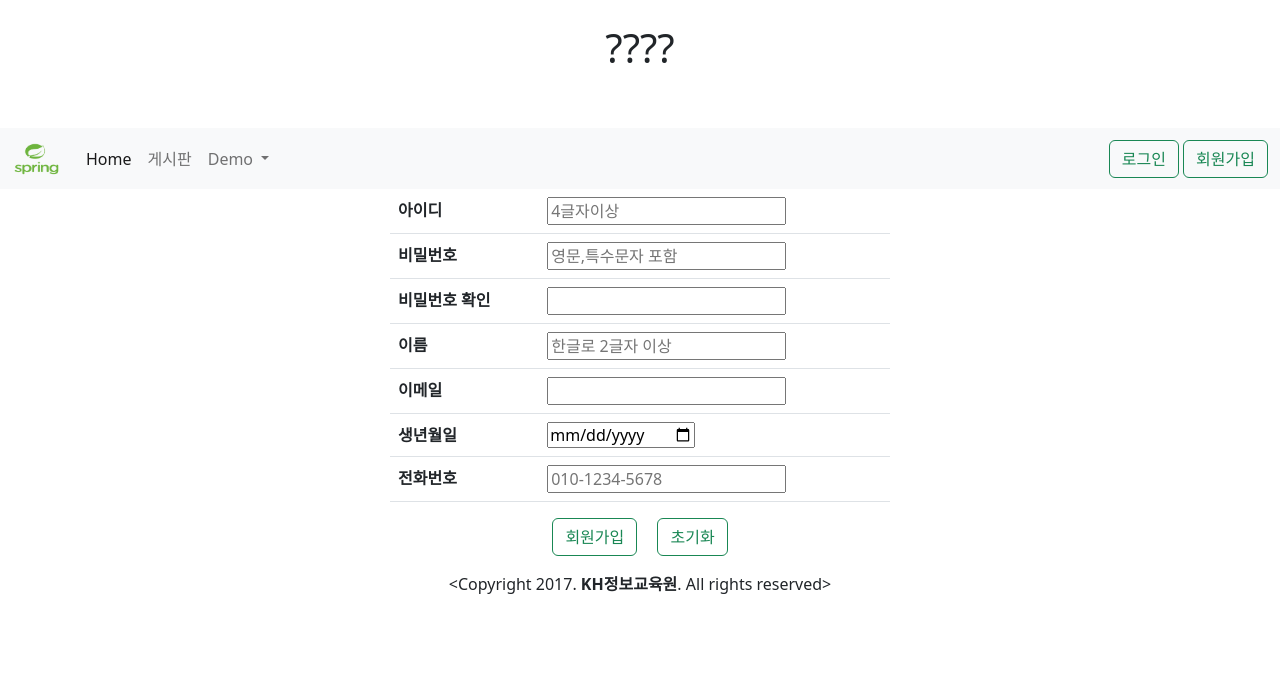
Repository: yerimeee/06_springWork
Page: http://localhost/springProject/WEB-INF/views/member/memberDetail.jsp
The author's editor kept a copy of each file at every save. The page is drawn from the files as they stood at one save, then again after the next save.
The browser window is 1280 px wide. The pictures show the whole page.
The page is served by Tomcat 9. Nobody is signed in. Other server files are loaded and not shown. The template is opened directly, without the code that normally fills it, so the values that code supplies are empty.

Above is the page before, as saved 2023-06-15 06:18:13.

### springProject/src/main/webapp/WEB-INF/views/member/memberDetail.jsp
<%@ page language="java" contentType="text/html; charset=UTF-8"
    pageEncoding="UTF-8"%>

<style>
	#container{width:500px; margin:auto;}
</style>
<jsp:include page="/WEB-INF/views/common/header.jsp">
	<jsp:param value="회원정보" name="title"/>
</jsp:include>
	<div id="container">
		<form action="${pageContext.request.contextPath}/member/memberEnroll.me" method="post" name="enrollfrm">
			<table class="table">
				<tr>
					<th scope="col">아이디</th>
					<td scope="col">
						<input name="userId" placeholder="4글자이상" required>
					</td>
				</tr>
				<tr>
					<th scope="col">비밀번호</th>
					<td scope="col">
						<input type="password" name="userPwd" placeholder="영문,특수문자 포함" required>
					</td>
				</tr>
				<tr>
					<th scope="col">비밀번호 확인</th>
					<td scope="col">
						<input type="password" name="pwdCheck" required>
					</td>
				</tr>
					<tr>
					<th scope="col">이름</th>
					<td scope="col">
						<input name="userName" placeholder="한글로 2글자 이상" required>
					</td>
				</tr>
					<tr>
					<th scope="col">이메일</th>
					<td scope="col">
						<input type="email" name="email">
					</td>
				</tr>
					<tr>
					<th scope="col">생년월일</th>
					<td scope="col">
						<input type="date" name="birthday" required>
					</td>
				</tr>
					<tr>
					<th scope="col">전화번호</th>
					<td scope="col">
						<input name="phone" placeholder="010-1234-5678">
					</td>
				</tr>
			</table>
			<button class="btn btn-outline-success" type="submit" >회원가입</button>&emsp;
			<button class="btn btn-outline-success" type="reset">초기화</button>
		</form>
	</div>
<jsp:include page="/WEB-INF/views/common/footer.jsp" />

### springProject/src/main/webapp/WEB-INF/views/common/header.jsp
<%@ page language="java" contentType="text/html; charset=UTF-8"
    pageEncoding="UTF-8"%>
<%@ taglib prefix="c" uri="http://java.sun.com/jsp/jstl/core" %>
<%@ taglib prefix="fmt" uri="http://java.sun.com/jsp/jstl/fmt" %>
<%@ taglib prefix="fn" uri="http://java.sun.com/jsp/jstl/functions" %>
<!DOCTYPE html>
<html>
<head>
<meta charset="UTF-8">

<title>${param.title }</title> <!-- input form은 request. 으로 받고 param으로 들어온 건 param으로 받음 -->

<script src="https://ajax.googleapis.com/ajax/libs/jquery/3.6.3/jquery.min.js"></script>
<link href="https://cdn.jsdelivr.net/npm/bootstrap@5.2.3/dist/css/bootstrap.min.css" rel="stylesheet" integrity="sha384-rbsA2VBKQhggwzxH7pPCaAqO46MgnOM80zW1RWuH61DGLwZJEdK2Kadq2F9CUG65" crossorigin="anonymous">
<link rel="stylesheet" href="${pageContext.request.contextPath}/resources/css/style.css">

<!-- DB에 저장이 잘 되었다면 alert창 띄우기 -->
<c:if test="${not empty msg }">
	<script type="text/javascript">
		alert('${msg}');
	</script>
</c:if>

</head>
<body>
	<script src="https://cdn.jsdelivr.net/npm/bootstrap@5.2.3/dist/js/bootstrap.bundle.min.js" integrity="sha384-kenU1KFdBIe4zVF0s0G1M5b4hcpxyD9F7jL+jjXkk+Q2h455rYXK/7HAuoJl+0I4" crossorigin="anonymous"></script>

	<header>
		<br>
		<h1 align="center">${param.title }</h1>
		<br><br>
		<nav class="navbar navbar-expand-lg bg-light">
		  <div class="container-fluid">
		    <a class="navbar-brand" href="#">
		    	<img src="${pageContext.request.contextPath}/resources/img/spring.png" alt="spring" width="50" height="35">
		    </a>
		    <button class="navbar-toggler" type="button" data-bs-toggle="collapse" data-bs-target="#navbarSupportedContent" aria-controls="navbarSupportedContent" aria-expanded="false" aria-label="Toggle navigation">
		      <span class="navbar-toggler-icon"></span>
		    </button>
		    <div class="collapse navbar-collapse" id="navbarSupportedContent">
		      <ul class="navbar-nav me-auto mb-2 mb-lg-0">
		        <li class="nav-item">
		          <a class="nav-link active" aria-current="page" href="#">Home</a>
		        </li>
		        <li class="nav-item">
		          <a class="nav-link" href="#">게시판</a>
		        </li>
		        <li class="nav-item dropdown">
		          <a class="nav-link dropdown-toggle" href="#" role="button" data-bs-toggle="dropdown" aria-expanded="false">
		            Demo
		          </a>
		          <ul class="dropdown-menu">
		            <li><a class="dropdown-item" href="${pageContext.request.contextPath}/demo/devForm.do">Demo등록</a></li>
		            <li><a class="dropdown-item" href="${pageContext.request.contextPath}/demo/devList.do">Demo목록</a></li>
		          </ul>
		        </li>
		      </ul>
		      <%-- <button class="btn btn-outline-success" type="button" onclick="location.href='${pageContext.request.contextPath}/member/memberLogin.me'">로그인</button>&nbsp;--%>
		      																						<!-- 경로 이렇게 설정하면 get방식이 됨 -->

		    <!-- 로그인이 되어있지 않으면 로그인창 -->
		      <c:if test="${empty loginMember }">
		      	<button class="btn btn-outline-success" type="button"
		      		data-bs-toggle="modal" data-bs-target="#loginModal">로그인</button>&nbsp;
		      	<!-- 토글은 한 번 눌렀으면 보여지고 다시 누르면 안 보이는 기능인데 모달 창에서 버튼을 누르면 다른 모달창으로 넘어갈 수 있게 구현한 것임 -->
		      	<button class="btn btn-outline-success" type="button"
		      		onclick="location.href='${pageContext.request.contextPath}/member/memberEnroll.me'">회원가입</button>
		      	<!-- onclikc locatio.href으로 했으니 get방식이 됨 -->
		      </c:if>

		      <!-- 로그인이 되었으면 -->
		      <c:if test="${not empty loginMember }">
		      	<a href="${pageContext.request.contextPath }/member/memberDetail.me">${loginMember.userName }님 로그인 되었습니다</a>&emsp;
		      	<button class="btn btn-outline-success" type="button"
		      		onclick="location.href='${pageContext.request.contextPath}/member/memberLogout.me'">로그아웃</button>
		      </c:if>
		    </div>
		  </div>
		</nav>

		<!-- 로그인 모달창 -->
		<div class="modal" tabindex="-1" id="loginModal">
		  <div class="modal-dialog">
		    <div class="modal-content">
		      <div class="modal-header">
		        <h5 class="modal-title">로그인</h5>
		        <button type="button" class="btn-close" data-bs-dismiss="modal" aria-label="Close"></button>
		      </div>

		      <form action="${pageContext.request.contextPath }/member/memberLogin.me" method="post">
			      <div class="modal-body">
					<div class="mb-3 row">
						<label for="name" class="col-sm-2 col-form-label">ID</label>
						<div class="col-sm-10">
							<input type="text" class="form-control" name="userId" required>
						</div>
					</div>
						<div class="mb-3 row">
							<label for="career" class="col-sm-2 col-form-label">PW</label>
							<div class="col-sm-10">
								<input type="password" class="form-control" name="userPwd" required>
							</div>
						</div>
			      </div>

		      <div class="modal-footer">
		        <button type="button" class="btn btn-secondary" data-bs-dismiss="modal">닫기</button>
		        <button type="submit" class="btn btn-primary" data-bs-dismiss="modal">로그인</button>
		      </div>
		      </form>
		    </div>
		  </div>
		</div>
	</header>
	<section>

</body>
</html>

### springProject/src/main/webapp/WEB-INF/views/common/footer.jsp
<%@ page language="java" contentType="text/html; charset=UTF-8"
    pageEncoding="UTF-8"%>

	</section>
	<footer>
		<p>&lt;Copyright 2017. <strong>KH정보교육원</strong>. All rights reserved&gt;</p>
	</footer>

	</body>
</html>

### springProject/src/main/webapp/resources/css/style.css
@charset "UTF-8";

h1 {text-align:center;}
section {text-align:center;}
footer {text-align:center;}

After the next save:
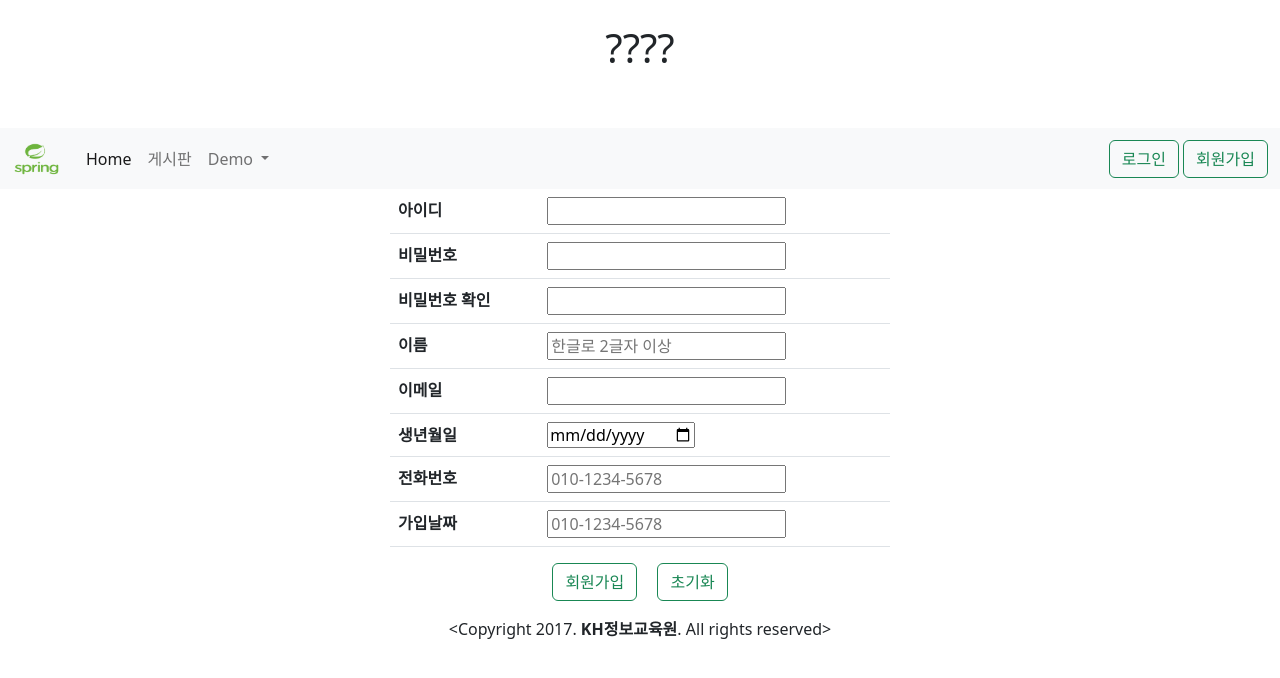
Saved 71 s later.
--- a/springProject/src/main/webapp/WEB-INF/views/member/memberDetail.jsp
+++ b/springProject/src/main/webapp/WEB-INF/views/member/memberDetail.jsp
@@ -13,13 +13,13 @@
 				<tr>
 					<th scope="col">아이디</th>
 					<td scope="col">
-						<input name="userId" placeholder="4글자이상" required>
+						<input name="userId" required>
 					</td>
 				</tr>
 				<tr>
 					<th scope="col">비밀번호</th>
 					<td scope="col">
-						<input type="password" name="userPwd" placeholder="영문,특수문자 포함" required>
+						<input type="password" name="userPwd" required>
 					</td>
 				</tr>
 				<tr>
@@ -43,11 +43,17 @@
 					<tr>
 					<th scope="col">생년월일</th>
 					<td scope="col">
-						<input type="date" name="birthday" required>
+						<input type="date" name="birthday">
 					</td>
 				</tr>
-					<tr>
+				<tr>
 					<th scope="col">전화번호</th>
+					<td scope="col">
+						<input name="phone" placeholder="010-1234-5678">
+					</td>
+				</tr>
+				<tr>
+					<th scope="col">가입날짜</th>
 					<td scope="col">
 						<input name="phone" placeholder="010-1234-5678">
 					</td>
